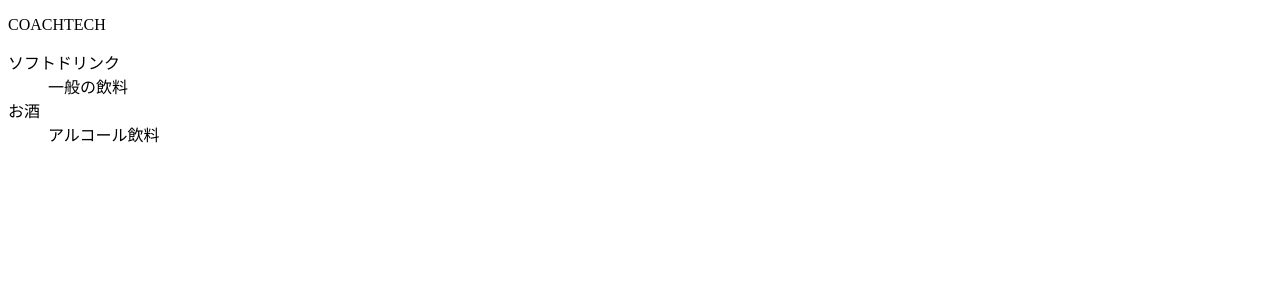
Repository: takahashigunma/20230430_takahashi_html
Page: coachtech/html-css/index.html
The author's editor kept a copy of each file at every save. The page is drawn from the files as they stood at one save, then again after the next save.
The browser window is 1280 px wide. The pictures show the whole page.

Above is the page before, as saved 2023-04-10 08:10:45.

### coachtech/html-css/index.html
<!DOCTYPE html>
<html lang="ja">

<head>
    <meta charset="UTF-8" />
    <meta name="viewport" content="width=device-width, initial-scale=1.0" />
    <title>COACHTECH</title>
</head>

<body>
    <p>COACHTECH</p>
<dl>
    <dt>ソフトドリンク</dt>
    <dd>一般の飲料</dd>
    <dt>お酒</dt>
    <dd>アルコール飲料</dd>
</dl>
</body>

</html>

After the next save:
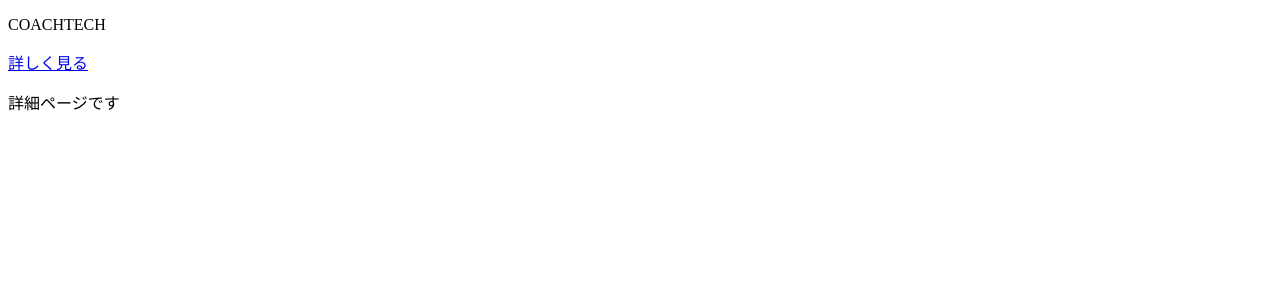
Saved 4 min 21 s later.
--- a/coachtech/html-css/index.html
+++ b/coachtech/html-css/index.html
@@ -9,11 +9,8 @@
 
 <body>
     <p>COACHTECH</p>
-<dl>
-    <dt>ソフトドリンク</dt>
-    <dd>一般の飲料</dd>
-    <dt>お酒</dt>
-    <dd>アルコール飲料</dd>
+<a href="detail.html">詳しく見る</a>
+<p>詳細ページです</p>
 </dl>
 </body>
 
